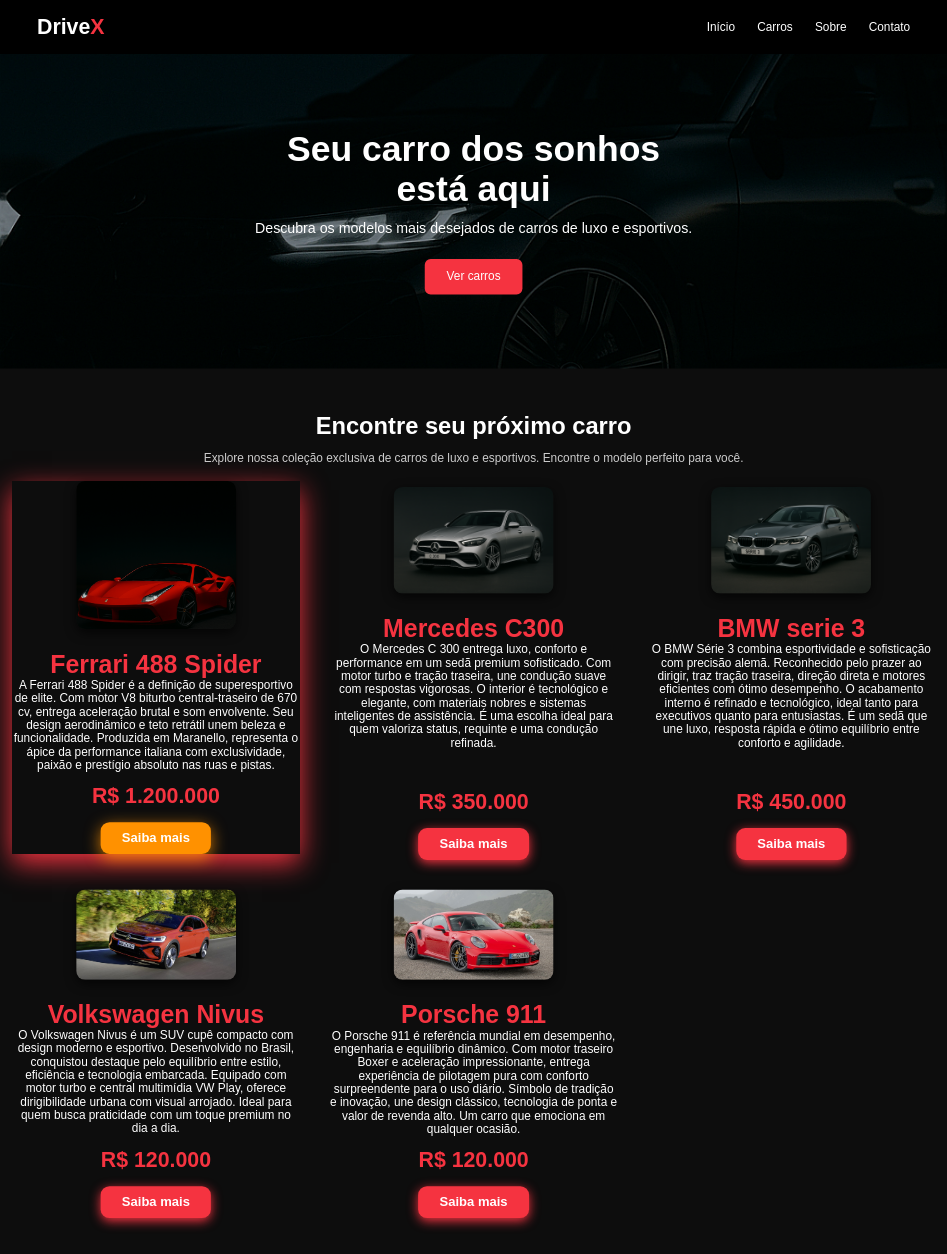
Repository: Mateushlp/DriveX
Page: index.html
An editor plug-in stored every save of this project. The page is shown before and after a run of saves, followed by the edit.
The browser window is 1280 px wide. The pictures show the whole page, at 74% of full size.
The pointer rests on the first visible `.btn-detalhes`.

Above is the page before, as saved 2025-06-23 22:43:43.

After the next 2 saves:
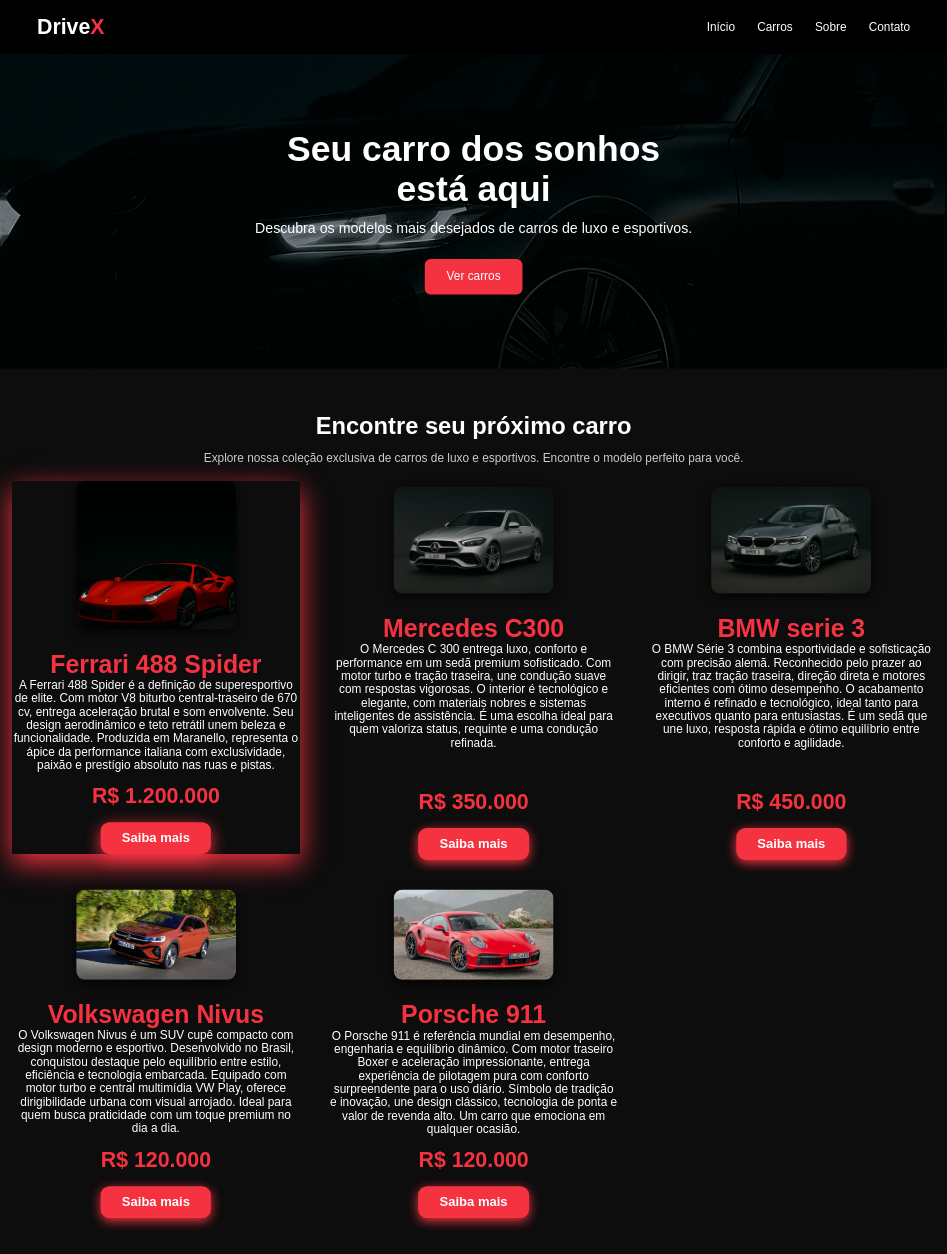
The 2 saves are shown as one change because they came seconds apart.
The last was saved 10 s later.
--- a/style.css
+++ b/style.css
@@ -148,8 +148,8 @@
 }
 
 .btn-detalhes:hover {
-  background-color: #ff9100;
-  box-shadow: 0 6px 22px rgba(255, 145, 0, 0.8);
+  background-color: ##f53340;
+  box-shadow: 0 6px 22px #f53340;
 }
 
 /* Modal */
